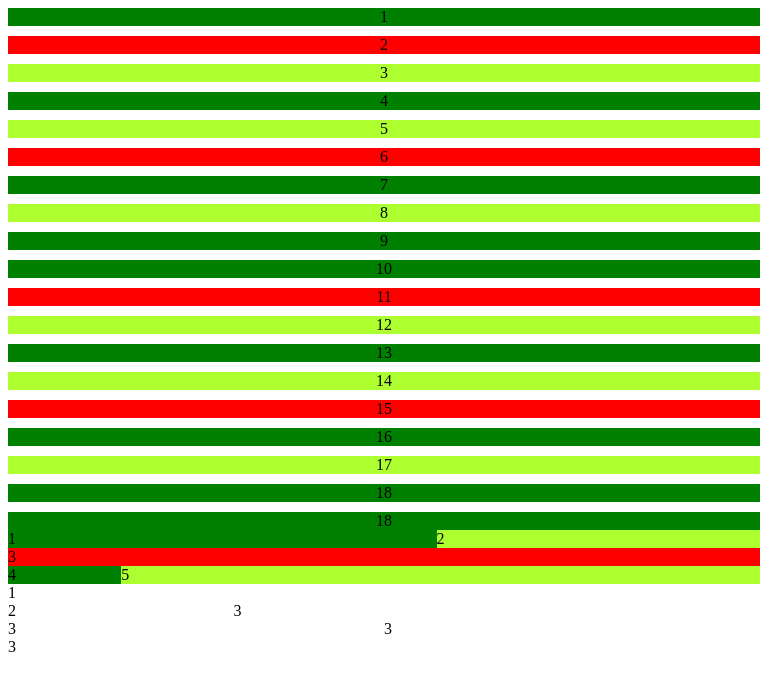
Repository: motiejus1/09-paskaita-05.31
Page: index.html
An editor plug-in stored every save of this project. The page is shown before and after the next save, followed by the edit.
The browser window is 768 px wide. The pictures show the whole page.

Above is the page before, as saved 2021-06-15 20:53:13.

### index.html
<!DOCTYPE html>
<html lang="en">
<head>
    <meta charset="UTF-8">
    <meta http-equiv="X-UA-Compatible" content="IE=edge">
    <meta name="viewport" content="width=device-width, initial-scale=1.0">
    <title>9 paskaita</title>
    <style>
        .grid-container {
            display: grid;
            grid-template-columns: auto auto auto;
            grid-column-gap: 10px ;
            grid-row-gap: 10px ;
        }

        @media screen and (max-width: 1000px) {
            .grid-container {
                grid-template-columns: auto;
            }

            .grid-item-1 {
                grid-column:auto !important;
                grid-row:auto !important;
            }
        }

        .zalia {
            background-color: green;
        }

        .raudona {
            background-color: red;
        }

        .geltona {
            background: greenyellow;
        }

        .grid-item-1 {
            /* grid-column-start: 1 ;
            grid-column-end: 3 ; */

            grid-column: 1 / span 6;

            grid-row: 1 / span 20;
        }

        /* .grid-item-2 {
            grid-column-start: 1 ;
            grid-column-end: 3 ;
            grid-row-start: 3;
            grid-row-end: 25 ;
        } */

        .grid-item {
            display:grid;
            justify-content: center;
            align-items: center;
        }
        .flex-container {
            display:flex;
            justify-content: center;
            align-items: center;
        }

        .grid-container-1 {
            display: grid;
            grid-template-areas:
            'pirmas pirmas pirmas pirmas antras antras antras'
            'trecias trecias trecias trecias trecias trecias trecias'
            'ketvirtas penktas penktas penktas penktas penktas penktas'
            'ketvirtas penktas penktas penktas penktas penktas penktas'

            ;
        }
        .grid-element-1 {
            grid-area: pirmas;
        }

        .grid-element-2 {
            grid-area: antras;
        }

        .grid-element-3 {
            grid-area: trecias;
        }

        .grid-element-4 {
            grid-area: ketvirtas;
        }

        .grid-element-5 {
            grid-area: penktas;
        }

        .grid-container-2 {
            display:grid;
            grid-template-columns: 10% 10% 10% 10% 10% 10% 10% 10% 10% 10%
        }

        .grid1 {
            /* width: 100%; */
            grid-column: 1 / span 10;
        }

        .grid2 {
            grid-column: 1 / span 3;
        }

        .grid3 {
            grid-column: 4 / span 10;
        }

        .grid4 {
            grid-column: 1 /span 5;
        }

        .grid5 {
            grid-column:  6 /span 10;
        }

        .grid6 {
            grid-column:  1 /span 7;
        }

    </style>
</head>
<body>
    <div class="grid-container">
        <div class="grid-item grid-item-1 zalia">
            1
        </div>
        <div class="grid-item grid-item-2 raudona">
            2
        </div>
        <div class="grid-item grid-item-3 geltona">3</div>
        <div class="grid-item grid-item-4 zalia">4</div>
        <div class="grid-item geltona">5</div>
        <div class="grid-item raudona">6</div>
        <div class="grid-item zalia">7</div>
        <div class="grid-item geltona">8</div>
        <div class="grid-item zalia">9</div>
        <div class="grid-item zalia">10</div>
        <div class="grid-item raudona">11</div>
        <div class="grid-item geltona">12</div>
        <div class="grid-item zalia">13</div>
        <div class="grid-item geltona">14</div>
        <div class="grid-item raudona">15</div>
        <div class="grid-item zalia">16</div>
        <div class="grid-item geltona">17</div>
        <div class="grid-item zalia">18</div>
        <div class="flex-container zalia">18</div>
    </div>

    <div class="grid-container-1">
        <div class="grid-element-1 zalia">1</div>
        <div class="grid-element-2 geltona">2</div>
        <div class="grid-element-3 raudona">3</div>
        <div class="grid-element-4 zalia">4</div>
        <div class="grid-element-5 geltona">5</div>
    </div>

    <div class="grid-container-2">
        <div class="grid1 plotis100">1</div>
        <div class="grid2 plotis30">2</div>
        <div class="grid3 plotis70">3</div>
        <div class="grid4 plotis50">3</div>
        <div class="grid5 plotis50">3</div>
        <div class="grid6 plotis65">3</div>
    </div>

</body>
</html>

After the next save:
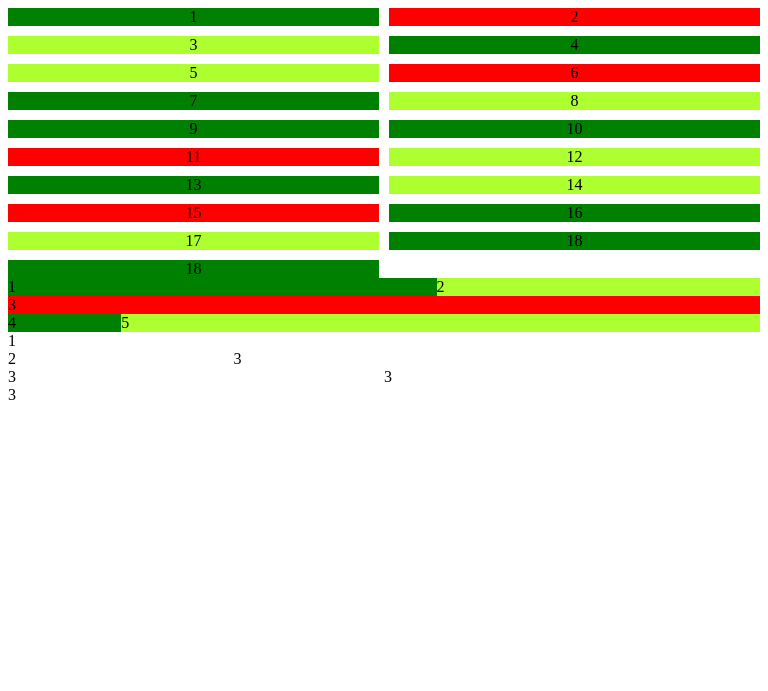
Saved 49 s later.
--- a/index.html
+++ b/index.html
@@ -15,7 +15,7 @@
 
         @media screen and (max-width: 1000px) {
             .grid-container {
-                grid-template-columns: auto;
+                grid-template-columns: auto auto;
             }
 
             .grid-item-1 {
